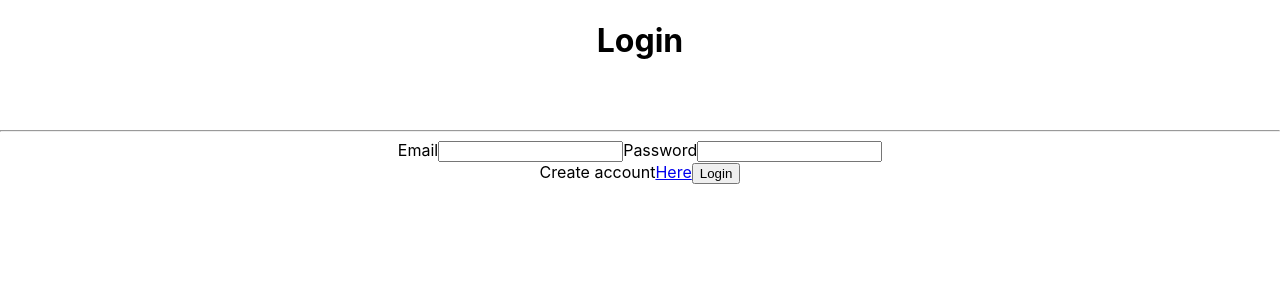
Repository: TendaniSadiki/revelation-e-commerce
Page: /login
These files come from the project's save history. The page is drawn as it stood at one moment and after a run of saves; the edit follows.
The browser window is 1280 px wide. The pictures show the whole page.
The project was rebuilt for these pictures with package versions that can differ from the ones it lists, and the page was loaded fresh each time. Also part of the build but not shown: src/Components/Navbar.css, src/Components/Navbar.js, src/Components/CardStyle.css, src/Components/IndividualProduct.js, src/Components/Products.js, src/Components/IndividualCartProduct.js, src/Components/CartProduct.js, src/Components/Home.js and 9 more. Imported but missing from the stored project, and not drawn on this page: src/Components/Pages/Sale/Sale.

Above is the page before, as saved 2022-11-10 15:26:17.

### src/App.js
import logo from './logo.svg';
import './App.css';
import { Home } from './Components/Home';
import {BrowserRouter,Routes,Route} from 'react-router-dom'
import { Login } from './Components/Login';
import { Signup } from './Components/Signup';
import { NotFound } from './Components/NotFound';

import { Cart } from './Components/Cart';
import { AddProduct } from './Components/AddProduct';
import ProductView from './Components/ProductView';
import Sale from './Components/Pages/Sale/Sale';
import Summer from './Components/Pages/Summer/Summer';
import Winter from './Components/Pages/Sale/Sale';
import Accessories from './Components/Pages/Accessories/Accessories';



function App() {
  return (
    <div className="App">
      <BrowserRouter>

      <Routes>
        <Route path="/" element={<Home/>}/>
        <Route path="/login" element={<Login/>}/>
        <Route path ="/signup" element={<Signup/>}/>
        <Route path ="/cart" element={<Cart/>}/>
        <Route path = '/add-product' element={<AddProduct/>}/>
        <Route path = '/product-view' element={<ProductView/>}/>
        <Route path ='/sale' element={<Sale/>}/>
        <Route path = '/summer' element={<Summer/>}/>
        <Route path = '/winter' element={<Winter/>}/>
        <Route path = '/accessories' element={<Accessories/>} />



      </Routes>
      </BrowserRouter>


    </div>
  );
}

export default App;

### src/App.css
.App {
  text-align: center;
  display: ;
}

### src/Components/Login.js
import React,{useState} from 'react'
import fire from '../Config/Config';
import {Link, useNavigate} from 'react-router-dom'
import './Login.css'
export const Login = () => {
    const navigate = useNavigate();
    const [email ,setEmail] = useState("");
    const [password, setPassword]= useState("");
    const [errorMsg ,setErrorMsg] = useState("");
    const [succcessMsg, setSuccessMsg]= useState("");


    const handleLogin=(e)=>{
        e.preventDefault()
        fire.auth().signInWithEmailAndPassword(email,password).then((credentials)=>{
            console.log(credentials)
                setSuccessMsg("Login Successfull. You will be redirected to Home")

                setEmail("");
                setPassword("");
                setErrorMsg("");
              setTimeout(()=>{
                setSuccessMsg("");
                navigate("/")
              },3000)

            })


    }

  return (
    <div className="main-Login">
       <h1>Login</h1>
       <div className="login-contain"></div>
    <br></br>
    <br></br>

    <hr></hr>
    {succcessMsg&& <>
    <div className='success-msg'>{succcessMsg}</div>
    <br></br>
    </>}


    <form  autoComplete='off' onSubmit={handleLogin}>

        <lable>Email</lable>
        <input type='email'  required onChange={(e)=>setEmail(e.target.value)} value={email}/>
        <lable>Password</lable>
        <input type='password'  required onChange={(e)=>setPassword(e.target.value)} value={password}/>
        <br></br>
       <div >
        <span>Create account
            <Link to="/signup" >Here</Link></span>
            <button type='submit' >Login</button>
       </div>
    </form>

    <div className="right-side"></div>

    {errorMsg&& <>
        <div className='error-msg'>{errorMsg}</div>
        <br></br>
    </>}
    </div>
  )
}

### src/Config/Config.js
import firebase from 'firebase/compat/app';
import 'firebase/compat/auth';
import 'firebase/compat/firestore';
import 'firebase/compat/storage'
const config = {
    // apiKey: "AIzaSyB8CB9NLa1vbsREct9x7r2QWNzl0fXx3YA",
    // authDomain: "apparelbase-76671.firebaseapp.com",
    // projectId: "apparelbase-76671",
    // storageBucket: "apparelbase-76671.appspot.com",
    // messagingSenderId: "101281494605",
    // appId: "1:101281494605:web:acb62d132a8456585d8e04",
    // measurementId: "G-S25VVVM4TB"
    apiKey: "AIzaSyDG8_Lz9ggCm-gA1UM6TftJoSnTX7m-NWw",
    authDomain: "revelationapp-390bd.firebaseapp.com",
    databaseURL: "https://revelationapp-390bd-default-rtdb.firebaseio.com",
    projectId: "revelationapp-390bd",
    storageBucket: "revelationapp-390bd.appspot.com",
    messagingSenderId: "465444417647",
    appId: "1:465444417647:web:d4d93f9638925eab26dd9a"
};


const fire = firebase.initializeApp(config);
export const storage  = fire.storage();
export const db = fire.firestore();
export const auth = fire.auth()

export default fire;

Loaded but not shown: public/index.html (common file); src/index.js (common file); src/index.css (common file); src/reportWebVitals.js (common file)

After the next 3 saves:
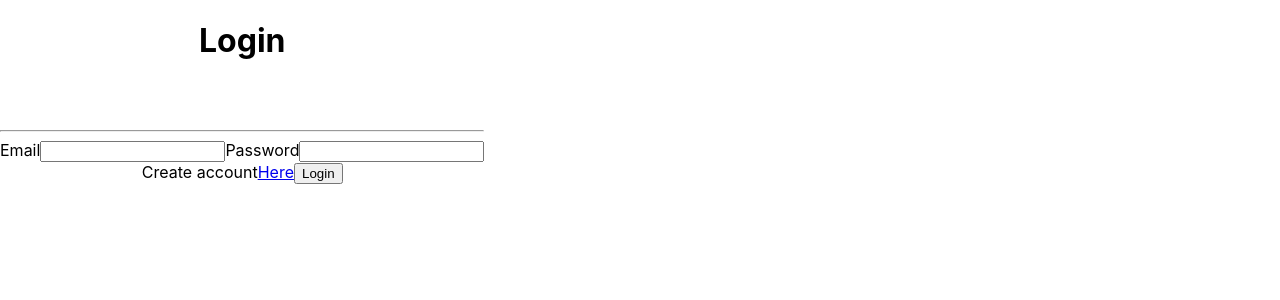
The 3 saves are shown as one change because they came seconds apart.
The last was saved 9 s later.
--- a/src/App.css
+++ b/src/App.css
@@ -1,4 +1,5 @@
 .App {
   text-align: center;
-  display: ;
+  display: flex;
+  min-height: 100;
 }
